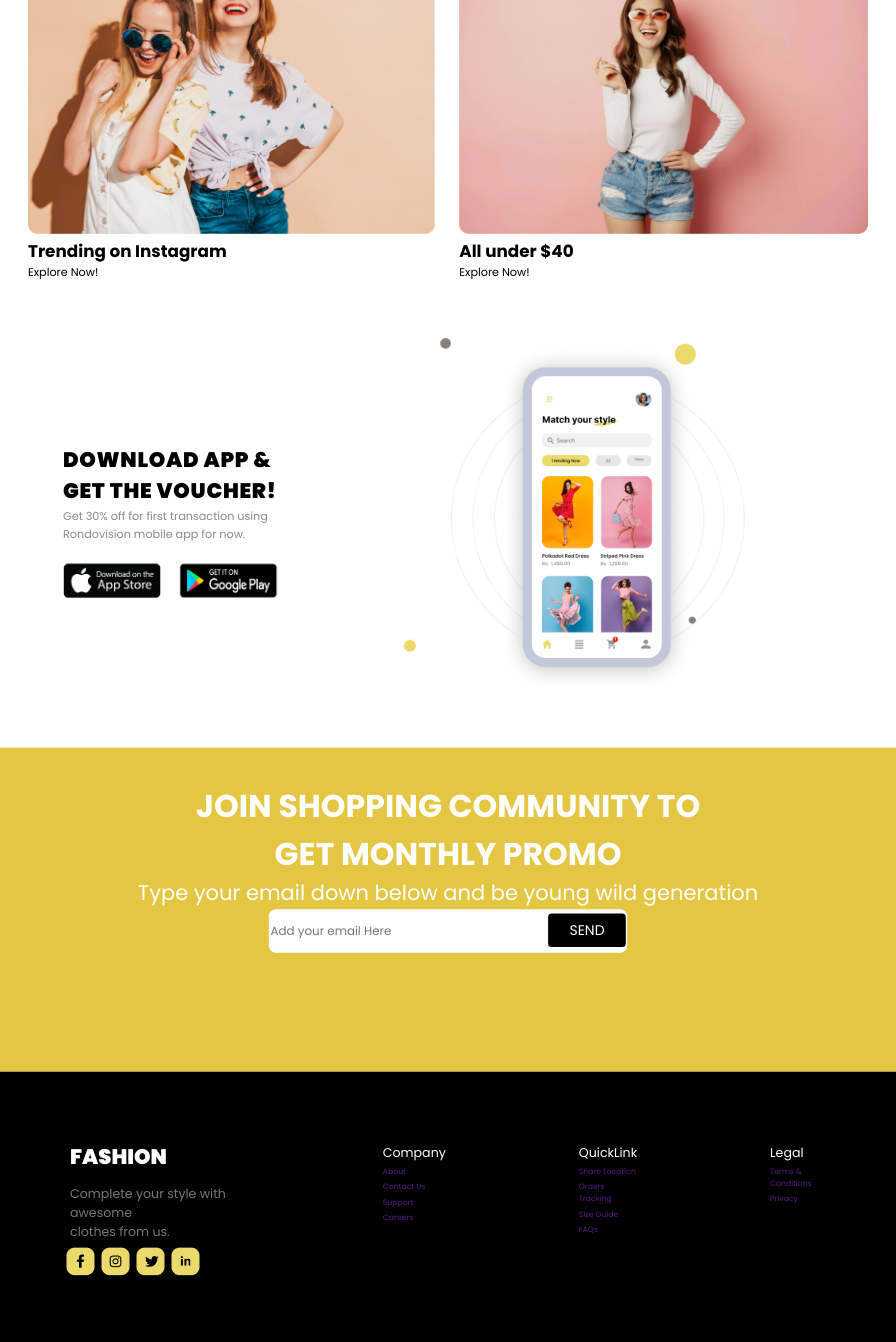
Repository: isaacCodes1/FashionWebsite
Page: index.html
An editor plug-in stored every save of this project. The page is shown before and after the next save, followed by the edit.
The browser window is 1280 px wide. The pictures show the part of the page from y = 2500 to 4420 px (the page is 4417 px tall before and 4420 px after), at 70% of full size.

Above is the page before, as saved 2024-03-14 11:38:49.

### index.html
<!DOCTYPE html>
<html lang="en">
  <head>
    <meta charset="UTF-8" />
    <meta name="viewport" content="width=device-width, initial-scale=1.0" />
    <title>Shopping Site Assignment</title>
    <link rel="stylesheet" href="style.css" />
  </head>
  <body>
    <header>
      <nav>
        <!--------- NavItems ------->
        <div class="image">
          <a href="#"><img src="/Assets/Vector (3).png" />FASHION</a>
        </div>
        <div class="navItems">
          <ul>
            <li><a href="#">CATALOGUE</a></li>
            <li><a href="#">FASHION</a></li>
            <li><a href="#">FAVORITE</a></li>
            <li><a href="#">LIFESTYLE</a></li>
          </ul>
          <button>SIGN UP</button>
        </div>
      </nav>
    </header>
    <main>
      <!------- FirstPage ------>
      <section class="firstPageCont">
        <div class="FirstPage">
          <div class="txtCont">
            <h1>
              <span class="spn1">LET'S <br /></span>EXPLORE <br />
              <span class="spn2">UNIQUE <br /></span>CLOTHES.
            </h1>
            <p>Live for Influential and Innovative fashion!</p>
            <div class="txtBtn">
              <img src="/Assets/Vector 9.png" alt="" />
              <button class="btns">Shop Now</button>
            </div>
          </div>
          <div class="imgCont">
            <div class="star1"><img src="/Assets/Star 11.png" alt="" /></div>
            <div class="star2"><img src="/Assets/Star 11.png" alt="" /></div>
            <div class="star3"><img src="/Assets/Star 11.png" alt="" /></div>
            <div class="star4"><img src="/Assets/Star 11.png" alt="" /></div>
            <img src="/Assets/girl.png" alt="" />
          </div>
        </div>
      </section>
      <!------ Logos ------->
      <section class="firstPageFooter">
        <div class="logoCont">
          <img src="/Assets/HM.png" alt="" />
          <img src="/Assets/Obey.png" alt="" />
          <img src="/Assets/Shopify.png" alt="" />
          <img src="/Assets/Lacoste.png" alt="" />
          <img src="/Assets/Levis.png" alt="" />
          <img src="/Assets/Amazon.png" alt="" />
        </div>
      </section>
      <section class="nextPageCont">
        <div class="nextPageText">
          <h1>NEW ARRIVALS</h1>
          <img src="/Assets/Vector 9.png" alt="" />
        </div>
        <div class="prettyImages">
          <div class="Images">
            <div class="prettyImg">
              <img src="/Assets/image1.png" alt="" />
            </div>
            <div class="prettyText">
              <div class="txtIcon">
                <h1>Hoodies & Sweatshirt</h1>
                <p>Explore Now!</p>
              </div>
              <div class="icons"></div>
            </div>
          </div>
          <div class="Images">
            <div class="prettyImg">
              <img src="/Assets/image2.png" alt="" />
            </div>
            <div class="prettyText">
              <div class="txtIcon">
                <h1>Coats & Parkas</h1>
                <p>Explore Now!</p>
              </div>
              <div class="icons"></div>
            </div>
          </div>
          <div class="Images">
            <div class="prettyImg">
              <img src="/Assets/image3.png" alt="" />
            </div>
            <div class="prettyText">
              <div class="txtIcon">
                <h1>Tees & T-Shirt</h1>
                <p>Explore Now!</p>
              </div>
              <div class="icons"></div>
            </div>
          </div>
        </div>
      </section>
      <section class="payDay">
        <div class="genDiv">
          <div class="yellowImg">
            <img src="/Assets/image 12.png" alt="" />
          </div>
          <div class="yellowTxt">
            <h1><span class="spn3">PAYDAY</span>SALE NOW</h1>
            <p>
              Spend minimal $100 get 30% off <br />voucher code for your next
              purchase
            </p>
            <p><strong>1 June -10 June 2021</strong></p>
            <p class="para">*Terms &Conditions apply</p>
            <button class="btn">SHOP NOW</button>
          </div>
        </div>
      </section>
      <!--------   Images   ------->
      <section class="nextPageCont">
        <div class="nextPageText">
          <h1>Young's Favorite.</h1>
          <img class="vector" src="/Assets/Vector 9.png" alt="" />
        </div>
        <div class="prettyImages">
          <div class="Images">
            <div class="prettyImg">
              <img src="/Assets/Girls.png" alt="" />
            </div>
            <div class="prettyText">
              <div class="txtIcon">
                <h1>Trending on Instagram</h1>
                <p>Explore Now!</p>
              </div>
              <div class="icons"></div>
            </div>
          </div>

          <div class="Images">
            <div class="prettyImg">
              <img src="/Assets/Rectangle 49.png" alt="" />
            </div>
            <div class="prettyText">
              <div class="txtIcon">
                <h1>All under $40</h1>
                <p>Explore Now!</p>
              </div>
              <div class="icons"></div>
            </div>
          </div>
        </div>
      </section>
      <!---- Apps----->
      <section class="nextPageCont2">
        <div class="nextPageText2">
          <h1>DOWNLOAD APP & <br />GET THE VOUCHER!</h1>
          <p>
            Get 30% off for first transaction using <br />Rondovision mobile app
            for now.
          </p>
          <div class="store">
            <a href="https://www.apple.com/store"
              ><img src="/Assets/Apple Store.png" alt=""
            /></a>
            <a href="https://play.google.com/store/games?hl=en&gl=US&pli=1"
              ><img src="/Assets/Google Play.png" alt=""
            /></a>
          </div>
        </div>
        <div class="Images2">
          <div class="prettyImg2">
            <img src="/Assets/Mobile app.png" alt="" />
            <div class="circle1"><img src="/Assets/circle.png" alt="" /></div>
            <div class="circley"><img src="/Assets/circle y.png" alt="" /></div>
            <div class="circleye">
              <img src="/Assets/circle y.png" alt="" />
            </div>
            <div class="circle2"><img src="/Assets/circle.png" alt="" /></div>
            <div class="bigC"><img src="/Assets/back1.png" alt="" /></div>
            <div class="largeC">
              <img src="/Assets/lagrescircle.png" alt="" />
            </div>
            <div class="largeC1">
              <img src="/Assets/lagrescircle.png" alt="" />
            </div>
          </div>
        </div>
        <div class="icons"></div>
      </section>
      <!------ Footer ------>
      <section class="footer">
        <div class="footerDiv">
          <div class="h1footer">
            <h1>
              JOIN SHOPPING COMMUNITY TO <br />
              GET MONTHLY PROMO
            </h1>
          </div>
          <div class="pFooter">
            <p>Type your email down below and be young wild generation</p>
            <div class="input">
              <input
                class="input"
                type="text"
                placeholder="Add your email Here"
              />
              <a href="damizickola@gmail.com">SEND</a>
            </div>
          </div>
        </div>
      </section>
      <section class="foot">
        <div class="footDiv">
          <div class="footTxt">
            <h1>FASHION</h1>
            <p>
              Complete your style with awesome <br />
              clothes from us.
            </p>
            <div class="socialIcons">
              <div class="icon">
                <a
                  href="https://www.facebook.com/profile.php?id=61551880766580"
                >
                  <img src="/Assets/Facebook.png" alt=""
                /></a>
              </div>
              <div class="icon">
                <a href="https://www.instagram.com/"
                  ><img src="/Assets/Instagram.png" alt=""
                /></a>
              </div>
              <div class="icon">
                <a href="#"><img src="/Assets/Twitter.png" alt="" /></a>
              </div>
              <div class="icon">
                <a href="#"><img src="/Assets/Linkedn.png" alt="" /></a>
              </div>
            </div>
          </div>

          <div class="socialIcons">
            <div class="links">
              <div class="links1"><a href="">Company</a></div>
              <div class="links2"><a href="">About</a></div>
              <div class="links2"><a href="">Contact Us</a></div>
              <div class="links2"><a href="">Support</a></div>
              <div class="links2"><a href="">Careers</a></div>
            </div>
            <div class="links">
              <div class="links1"><a href="">QuickLink</a></div>
              <div class="links2"><a href="">Share Location</a></div>
              <div class="links2"><a href="">Orders Tracking</a></div>
              <div class="links2"><a href="">Size Guide</a></div>
              <div class="links2"><a href="">FAQs</a></div>
            </div>
            <div class="links">
              <div class="links1"><a href="">Legal</a></div>
              <div class="links2"><a href="">Terms & Conditions</a></div>
              <div class="links2"><a href="">Privacy</a></div>
            </div>
          </div>
        </div>
      </section>
    </main>
  </body>
</html>

### style.css
@import url("https://fonts.googleapis.com/css2?family=Poppins:ital,wght@0,100;0,200;0,300;0,400;0,500;0,600;0,700;0,800;0,900;1,100;1,200;1,300;1,400;1,500;1,600;1,700;1,800;1,900&display=swap");
* {
  margin: 0;
  padding: 0;
  box-sizing: border-box;
  font-family: "Poppins", sans-serif;
}
nav {
  display: flex;
  align-items: center;
  justify-content: space-between;
  width: 100%;
  padding: 20px 40px;
}
.image a {
  display: flex;
  align-items: center;
  gap: 6px;
  text-decoration: none;
  color: #000;
  font-size: 16px;
  font-weight: 900;
}
.image a img {
  width: 16%;
}
.navItems {
  display: flex;
  gap: 30px;
  align-items: center;
}
.navItems ul {
  display: flex;
  gap: 30px;
  list-style: none;
}
.navItems ul li a {
  text-decoration: none;
  color: #000;
  font-size: 16px;
  font-weight: 500;
}
.navItems ul li:hover {
  transform: scale(1.05);
  transition: 1s ease-in-out;
}
.navItems button {
  border: 0;
  background: #000;
  padding: 10px 20px;
  color: #fff;
  border-radius: 5px;
  font-size: 13px;
}
.navItems button:hover {
  transform: scale(1.05);
  transition: 1s ease-in-out;
  color: #000;
  background: rgb(137, 136, 136);
}
/* firstPageCtn */
.firstPageCont {
  padding: 20px 40px;
}
.FirstPage {
  display: flex;
  flex: 1;
  width: 100%;
  height: 90vh;
  padding: 40px 10px 0px 10px;
  border-radius: 30px;
  background: #f4f6f5;
}
.txtCont {
  display: flex;
  flex: 0.5;
  flex-direction: column;
  gap: 10px;
  padding-left: 40px;
}

.txtCont h1 {
  font-size: 64px;
  font-weight: 900;
  width: 50%;
  line-height: 75px;
}

.txtCont p {
  font-size: 20px;
}
.txtBtn {
  display: flex;
  align-items: center;
  width: 80%;
  margin-top: 10px;
  gap: 10px;
}
.btns {
  border: 0;
  background: #000;
  padding: 10px 20px;
  color: #fff;
  border-radius: 5px;
  font-size: 13px;
}
.btns:hover {
  transform: scale(1.05);
  transition: 1s ease-in-out;
  color: #000;
  background: rgb(137, 136, 136);
}
.txtBtn img {
  width: 100px;
}
.imgCont {
  flex: 0.5;
  display: flex;
  position: relative;
}
.star1 {
  position: absolute;
  top: 5px;
  left: 10px;
}
.star1 img {
  width: 30px;
}
.star2 {
  position: absolute;
  top: 20px;
  left: 450px;
}
.star2 img {
  width: 30px;
}
.star3 {
  position: absolute;
  bottom: 10px;
  left: 70px;
}
.star3 img {
  width: 30px;
}
.star4 {
  position: absolute;
  bottom: 20px;
  left: 400px;
}
.star4 img {
  width: 30px;
}
.spn1 {
  display: flex;
  align-items: center;
  background-image: url(/Assets/rectangle1.png);
  background-size: cover;
  background-repeat: no-repeat;
  width: 100%;
  padding-left: 20px;
}
.spn2 {
  background-image: url(/Assets/Rectangle2.png);
  background-size: cover;
  background-repeat: no-repeat;
  padding-right: 50px;
  padding-left: 20px;
}
/* next Page */
.firstPageFooter {
  background: #ebd96b;
  padding: 20px 30px;
  display: flex;
  align-items: center;
  justify-content: center;
}
.logoCont {
  display: flex;
  justify-content: center;
  gap: 50px;
}
.logoCont img {
  width: 7%;
}
.nextPageCont {
  margin-top: 20px;
  padding: 20px 40px;
  display: flex;
  flex-direction: column;
  gap: 55px;
  margin-bottom: 50px;
}
.nextPageText {
  position: relative;
}
.nextPageText h1 {
  font-size: 38px;
  letter-spacing: 1px;
  font-weight: 900;
}
.nextPageText img {
  position: absolute;
  bottom: 5px;
  left: 200px;
  width: 10%;
  z-index: -1;
}
.prettyImages {
  display: flex;
  gap: 35px;
}

.prettyImg img {
  width: 100%;
}
.payDay {
  background: linear-gradient(
    1.32deg,
    #e0c340 0.13%,
    #dfc23e 3.97%,
    #e1c441 7.2%,
    #e3c743 10.13%,
    #e4c542 12.98%,
    #e6c744 15.99%,
    #e7c845 19.52%,
    #e5c643 23.96%,
    #e6c945 30.43%,
    #e3c743 36.49%,
    #e9ca48 42.49%,
    #edce49 49.35%,
    #f0d44c 55.42%,
    #f4d84f 61.43%,
    #f6da52 65.74%,
    #f7db53 72.23%,
    #f9dd55 77.43%,
    #f9df56 83.84%,
    #fae157 91.52%,
    #f9df56 97.87%
  );
}
.yellowTxt {
  flex-direction: column;
  margin-bottom: 10px;
}
.yellowTxt h1 {
  font-size: 65px;
  font-weight: 900;
}
.yellowTxt p {
  font-size: 22px;
  font-weight: 500;
}

.yellowImg img {
  flex: 0.5;
  display: flex;
  width: 600px;
  position: relative;
}

.genDiv {
  display: flex;
  align-items: center;
}
.btn {
  border: 0;
  background: #000;
  padding: 15px 25px;
  color: #fff;
  border-radius: 5px;
  font-size: 18px;
  font-weight: 500;
}
.btn:hover {
  transform: scale(1.05);
  transition: 1s ease-in-out;
  color: #000;
  background: rgb(137, 136, 136);
}
.spn3 {
  display: flex;
  background-image: url(/Assets/rectangle1.png);
  background-size: cover;
  background-repeat: no-repeat;
  width: 300px;
}
.nxtSect {
  margin-top: 20px;
  padding: 20px 40px;
  display: flex;
  flex-direction: column;
  gap: 50px;
  margin-bottom: 50px;
}
.nxtSectText {
  position: relative;
}
.nxtSectText h1 {
  font-size: 38px;
  letter-spacing: 1px;
  font-weight: 900;
}
.nxtSectText img {
  position: absolute;
  bottom: 6px;
  left: 250px;
  width: 10%;
  z-index: -1;
}
.assetText {
  display: flex;
  flex-direction: column;
}

/* storeSection */
.nextPageCont1 {
  margin-top: 20px;
  padding: 20px 40px;
  display: flex;
  flex-direction: column;
  gap: 50px;
  margin-bottom: 50px;
}
.nextPageText1 {
  position: relative;
  margin-left: 70px;
}
.nextPageText1 h1 {
  font-size: 38px;
  letter-spacing: 1px;
  font-weight: 900;
}
.prettyImages1 {
  display: flex;
  gap: 35px;
}
.prettyImg1 img {
  width: 40%;
  cursor: pointer;
}
.Images2 {
  display: flex;
}
.prettyImg2 {
  position: relative;
}
.prettyImg2 img {
  width: 70;
  height: 500px;
  margin-left: 70px;
}
.nextPageCont2 {
  margin-top: 20px;
  padding: 20px 40px;
  display: flex;
  gap: 50px;
  margin-bottom: 50px;
  display: flex;
  justify-content: space-between;
  align-items: center;
}
.nextPageText2 {
  display: flex;
  flex-direction: column;
  margin-left: 50px;
}
.nextPageText2 p {
  margin-bottom: 30px;
  color: #898a89;
}
.nextPageText2 h1 {
  font-size: 30px;
  letter-spacing: 1px;
  font-weight: 900;
}
.nextPageText2 img {
  width: 30%;
  cursor: pointer;
  display: flex;
}
.store {
  display: flex;
  justify-content: space-between;

}
.store a img{
   width: 140px;
   gap: 50px;
}
.circle1 {
  position: absolute;
  right: 350px;
  bottom: 500px;
}
.circle1 img {
  width: 15px;
  height: 15px;
  display: flex;
}
.circley {
  position: absolute;
  right: 0;
  bottom: 470px;
}
.circley img {
  width: 30px;
  height: 30px;
}
.circleye {
  position: absolute;
  right: 400px;
  bottom: 60px;
}
.circleye img {
  width: 17px;
  height: 17px;
}
.circle2 {
  position: absolute;
  right: 0;
  bottom: 100px;
}
.circle2 img {
  width: 10px;
  height: 10px;
}
.elipses {
  position: absolute;
}
.bigC {
  position: absolute;
  right: -12px;
  bottom: 100px;
  z-index: -1;
}
.bigC img {
  width: 300px;
  height: 300px;
  background: transparent;
}

.largeC {
  position: absolute;
  right: -41px;
  bottom: 70px;
  z-index: -1;
}
.largeC img {
  width: 360px;
  height: 360px;
  /* background: transparent; */
}
.largeC1 {
  position: absolute;
  right: -70px;
  bottom: 50px;
  z-index: -1;
}
.largeC1 img {
  width: 420px;
  height: 400px;
}
.footerDiv {
  background: #e5c643;
  padding-bottom: 170px;
}
.h1footer {
  color: #fff;
  text-align: center;
  padding-top: 50px;
  font-size: 30px;
  font-weight: 1000;
}
.pFooter {
  display: flex;
  flex-direction: column;
  justify-content: center;
  align-items: center;
  text-align: center;
  color: #fff;
  font-size: 30px;
}

.input {
  background: #fff;
  width: 40%;
  padding: 5px 0px;
  border-radius: 10px;
}
.input input {
  background: none;
  border: 0;
  padding: 13px 0px 13px 0px;
  width: 76%;
  font-size: 17px;
  outline: 0;
}
.input a {
  font-size: 20px;
  text-decoration: 0;
  color: #fff;
  background: #000;
  padding: 10px 30px;
  border-radius: 5px;
}
.input a:hover{
  transform: scale(1.05);
  transition: 1s ease-in-out;
  color: #000;
  background: rgb(137, 136, 136);
}

.footDiv {
  display: flex;
  background: #000;

  place-items: center;
  padding: 100px;
}

.footTxt {
  display: flex;
  flex-direction: column;
  gap: 15px;
}
.footTxt h1 {
  color: #fff;
  font-size: 30px;
  font-weight: 900;
}
.footTxt p {
  color: #777;
  font-size: 18px;
}
.socialIcons {
  display: flex;
  gap: 20px;
}

.icon {
  background: #ebd96b;
  width: 30px;
  display: flex;
  align-items: center;
  justify-content: center;
  height: 30px;
  border-radius: 8px;
}
.icon img {
  display: flex;
  align-items: center;
  width: 40px;
  place-items: center;
}
.links {
  margin-left: 150px;
  padding-right: 20px;
  margin-bottom: 50px;
}
.links1 a{
  color: #fff;
  font-size: 18px;
  text-decoration: none;
}
.links a{
  text-decoration: none;
}
.links1 {
  display: flex;
  flex-direction: column;
  color: #fff;
  font-size: 18px;
  margin-top: 0px;
}
.links2 {
  color: #777;
  font-size: 11px;
  padding-top: 5px;
}

After the next save:
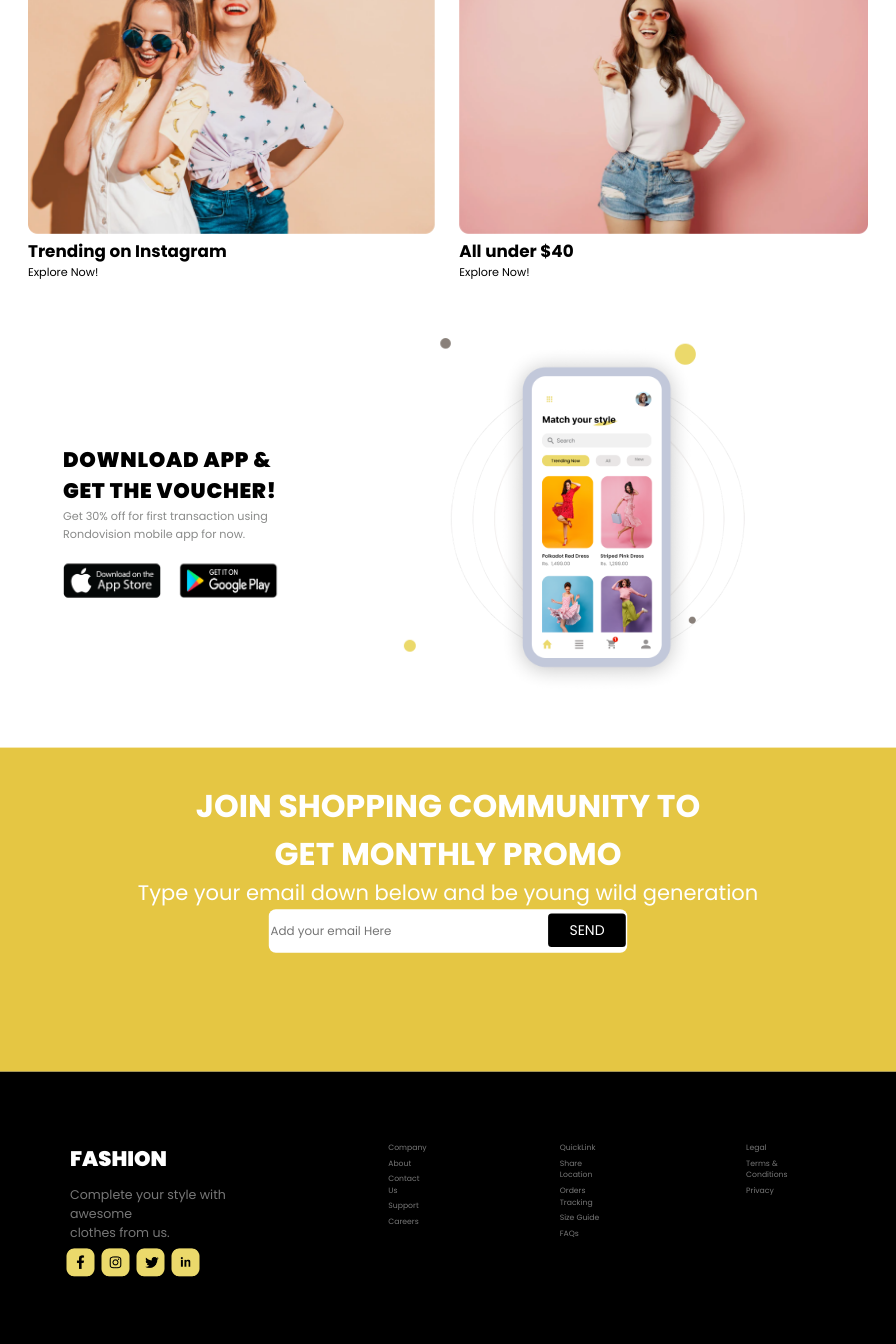
Saved 7 s later.
--- a/style.css
+++ b/style.css
@@ -564,6 +564,8 @@
 }
 .links a{
   text-decoration: none;
+  color: #777;
+  font-size: 11px;
 }
 .links1 {
   display: flex;
